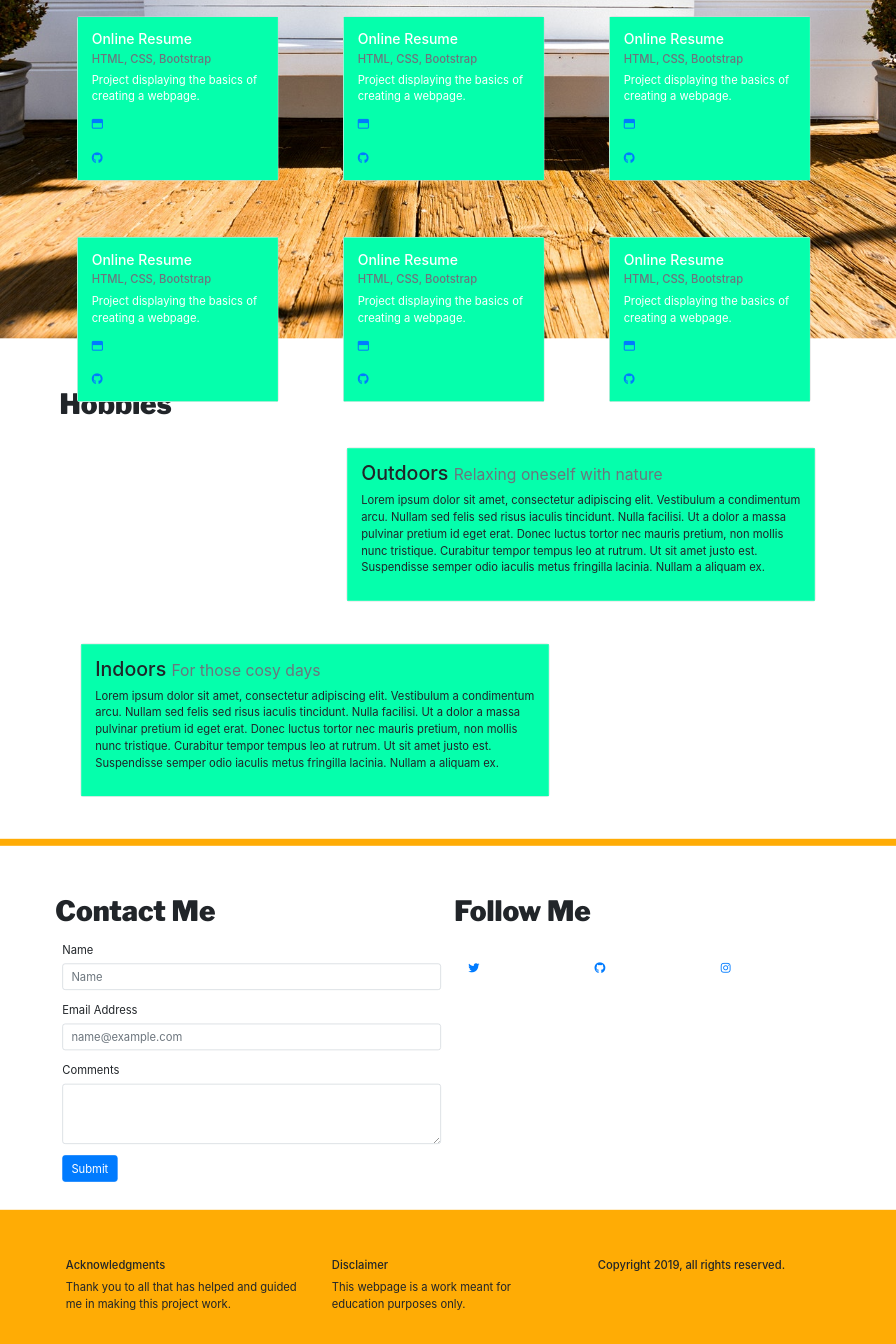
Repository: muhdarifrawi/resume-project
Page: index.html
The author's editor kept a record of every edit. The page is drawn from the files as they stood at one moment, then again after the next edit.
The browser window is 1280 px wide. The pictures show the part of the page from y = 4496 to 6416 px (the page is 6416 px tall before and 6386 px after), at 70% of full size.
Some web libraries are served in a nearby version.

Above is the page before.

### index.html
<!doctype html>
<html lang="en">

<head>
    <!-- Required meta tags -->
    <meta charset="utf-8">
    <meta name="viewport" content="width=device-width, initial-scale=1, shrink-to-fit=no">
    <!-- Font Awesome script -->
    <script src="https://kit.fontawesome.com/00e1568e72.js"></script>
    <!-- GOOGLE font -->
    <link href="https://fonts.googleapis.com/css?family=Libre+Franklin:900&display=swap" rel="stylesheet">
    <!-- AOS script -->
    <link href="https://unpkg.com/aos@2.3.1/dist/aos.css" rel="stylesheet">

    <!-- Bootstrap CSS -->
    <link rel="stylesheet" href="https://stackpath.bootstrapcdn.com/bootstrap/4.3.1/css/bootstrap.min.css" integrity="sha384-ggOyR0iXCbMQv3Xipma34MD+dH/1fQ784/j6cY/iJTQUOhcWr7x9JvoRxT2MZw1T" crossorigin="anonymous">
    <link rel="stylesheet" href="style.css" type="text/css" />
    <title>Online Resume</title>
</head>

  <!-- scroll spy added to body section -->
<body data-spy="scroll" data-target="#navscroll" data-offset="100">
    <!-- Navbar starts here -->
    <nav id="navscroll" class="navbar fixed-top navbar-expand-lg navbar-light bg-light">
        <a class="navbar-brand" href="#">My Resume</a>
        <button class="navbar-toggler" type="button" data-toggle="collapse" data-target="#navbarSupportedContent" aria-controls="navbarSupportedContent" aria-expanded="false" aria-label="Toggle navigation">
    <span class="navbar-toggler-icon"></span>
  </button>

        <div class="collapse navbar-collapse" id="navbarSupportedContent">
            <ul class="navbar-nav mr-auto">
                <li class="nav-item">
                    <a class="nav-link" href="#home">Home <span class="sr-only">(current)</span></a>
                </li>
                <li class="nav-item">
                    <a class="nav-link" href="#skills">Skills</a>
                </li>

                <li class="nav-item">
                    <a class="nav-link" href="#projects">Projects</a>
                </li>

                <li class="nav-item">
                    <a class="nav-link" href="#hobbies">Hobbies</a>
                </li>

                <li class="nav-item">
                    <a class="nav-link" href="#contact">Contact Me</a>
                </li>

            </ul>

        </div>
    </nav>
    <!-- navbar ends here -->

    <!--Jumbotron -->
    <div class="jumbotron jumbotron-fluid" id="home">
        <div class="container">
            <h1 class="display-4">Muhammad Arif Bin Rawi</h1>
            <p class="lead">Aspiring Junior Game Developer. </p>
        </div>
    </div>

    <div class="orange strip"></div>

<div class="container" id="skills">

<h1>Skills</h1>
    <!-- created div to slot in AOS -->
   <div data-aos="fade-right" data-aos-offset="300" data-aos-easing="ease-in-sine">
        <!-- photoshop row -->
        <div class="row pt-md-5">
            <div class="col-lg-3 col-sm-6">
                <div class="ware">
                    <img src="image/icon/PS.png" alt="photoshop" class="rounded">
                    <div class="house">
                        <div class="text">
                            <h5>Photoshop</h5>
                        </div>
                        <div class="text2">
                            <h6>Good</h6>
                        </div>
                    </div>
                </div>
            </div>
            <div class="col-lg-9 col-sm-6">
                <div class="bar-mid"></div>
            </div>
        </div>

        <!-- ms office row -->
        <div class="row">
            <div class="col-lg-3 col-sm-6">
                <div class="ware">
                    <img src="image/icon/MSO.png" alt="MS Office" class="rounded">
                    <div class="house">
                        <div class="text">
                            <h5>MS Office</h5>
                        </div>
                        <div class="text2">
                            <h6>Advance</h6>
                        </div>
                    </div>
                </div>
            </div>
            <div class="col-lg-9 col-sm-6">
                <div class="bar-full"></div>
            </div>
        </div>

        <!-- CSS row -->
        <div class="row">
            <div class="col-lg-3 col-sm-6">
                <div class="ware">
                    <img src="image/icon/CSS.png" alt="CSS" class="rounded">
                    <div class="house">
                        <div class="text">
                            <h5>CSS</h5>
                        </div>
                        <div class="text2">
                            <h6>Good</h6>
                        </div>
                    </div>
                </div>
            </div>
            <div class="col-lg-9 col-sm-6">
                <div class="bar-mid"></div>
            </div>
        </div>

        <!-- HTML row -->
        <div class="row">
            <div class="col-lg-3 col-sm-6">
                <div class="ware">
                    <img src="image/icon/HTML.png" alt="HTML" class="rounded">
                    <div class="house">
                        <div class="text">
                            <h5>HTML</h5>
                        </div>
                        <div class="text2">
                            <h6>Good</h6>
                        </div>
                    </div>
                </div>
            </div>
            <div class="col-lg-9 col-sm-6">
                <div class="bar-mid"></div>
            </div>
        </div>

        <!-- Java row -->
        <div class="row">
            <div class="col-lg-3 col-sm-6">
                <div class="ware">
                    <img src="image/icon/JS.png" alt="Java" class="rounded">
                    <div class="house">
                        <div class="text">
                            <h5>Java</h5>
                        </div>
                        <div class="text2">
                            <h6>Basic</h6>
                        </div>
                    </div>
                </div>
            </div>
            <div class="col-lg-9 col-sm-6">
                <div class="bar-min"></div>
            </div>
        </div>

        <!-- Python row -->
        <div class="row">
            <div class="col-lg-3 col-sm-6">
                <div class="ware">
                    <img src="image/icon/PY.png" alt="Python" class="rounded">
                    <div class="house">
                        <div class="text">
                            <h5>Python</h5>
                        </div>
                        <div class="text2">
                            <h6>Basic</h6>
                        </div>
                    </div>
                </div>
            </div>
            <div class="col-lg-9 col-sm-6">
                <div class="bar-min"></div>
            </div>
        </div>
    </div>
</div>

    <!-- <div class="orange strip"></div> -->

<!--usage of jumbotron to overcome "no-stretch" problem -->
<div class="jumbotron jumbotron-fluid "  id="projects">
<div class="container">
        <h1>Projects</h1>
        <div class="row">
            <div class="col">
                <div class="card note" style="width: 18rem;">
                    <div class="card-body">
                        <h5 class="card-title">Online Resume</h5>
                        <h6 class="card-subtitle mb-2 text-muted">HTML, CSS, Bootstrap</h6>
                        <p class="card-text">Project displaying the basics of creating a webpage.</p>

                        <a href="https://muhdarifrawi.github.io/resume-project/" target="_blank" class="card-link">
                            <div class="rounded-box"><i class="far fa-window-maximize"></i></div></a>

                        <a href="https://github.com/muhdarifrawi/resume-project" target="_blank" class="card-link">
                            <div class="rounded-box"><i class="fab fa-github"></i></div></a>
                    </div>
                </div>
            </div>

            <div class="col">
                <div class="card note2" style="width: 18rem;">
                    <div class="card-body">
                        <h5 class="card-title">Online Resume</h5>
                        <h6 class="card-subtitle mb-2 text-muted">HTML, CSS, Bootstrap</h6>
                        <p class="card-text">Project displaying the basics of creating a webpage.</p>

                        <a href="https://muhdarifrawi.github.io/resume-project/" target="_blank" class="card-link">
                            <div class="rounded-box"><i class="far fa-window-maximize"></i></div></a>

                        <a href="https://github.com/muhdarifrawi/resume-project" target="_blank" class="card-link">
                            <div class="rounded-box"><i class="fab fa-github"></i></div></a>
                    </div>
                </div>
            </div>

            <div class="col">
                <div class="card note3" style="width: 18rem;">
                    <div class="card-body">
                        <h5 class="card-title">Online Resume</h5>
                        <h6 class="card-subtitle mb-2 text-muted">HTML, CSS, Bootstrap</h6>
                        <p class="card-text">Project displaying the basics of creating a webpage.</p>

                        <a href="https://muhdarifrawi.github.io/resume-project/" target="_blank" class="card-link">
                            <div class="rounded-box"><i class="far fa-window-maximize"></i></div></a>

                        <a href="https://github.com/muhdarifrawi/resume-project" target="_blank" class="card-link">
                            <div class="rounded-box"><i class="fab fa-github"></i></div></a>
                    </div>
                </div>
            </div>

        </div>

        <div class="row">
        <div class="col">
            <div class="card note3" style="width: 18rem;">
                <div class="card-body">
                    <h5 class="card-title">Online Resume</h5>
                    <h6 class="card-subtitle mb-2 text-muted">HTML, CSS, Bootstrap</h6>
                    <p class="card-text">Project displaying the basics of creating a webpage.</p>

                    <a href="https://muhdarifrawi.github.io/resume-project/" target="_blank" class="card-link">
                        <div class="rounded-box"><i class="far fa-window-maximize"></i></div></a>

                    <a href="https://github.com/muhdarifrawi/resume-project" target="_blank" class="card-link">
                        <div class="rounded-box"><i class="fab fa-github"></i></div></a>
                </div>
            </div>
        </div>

        <div class="col">
            <div class="card note" style="width: 18rem;">
                <div class="card-body">
                    <h5 class="card-title">Online Resume</h5>
                    <h6 class="card-subtitle mb-2 text-muted">HTML, CSS, Bootstrap</h6>
                    <p class="card-text">Project displaying the basics of creating a webpage.</p>

                    <a href="https://muhdarifrawi.github.io/resume-project/" target="_blank" class="card-link">
                        <div class="rounded-box"><i class="far fa-window-maximize"></i></div></a>

                    <a href="https://github.com/muhdarifrawi/resume-project" target="_blank" class="card-link">
                        <div class="rounded-box"><i class="fab fa-github"></i></div></a>
                </div>
            </div>
        </div>

        <div class="col">
            <div class="card note2" style="width: 18rem;">
                <div class="card-body">
                    <h5 class="card-title">Online Resume</h5>
                    <h6 class="card-subtitle mb-2 text-muted">HTML, CSS, Bootstrap</h6>
                    <p class="card-text">Project displaying the basics of creating a webpage.</p>

                    <a href="https://muhdarifrawi.github.io/resume-project/" target="_blank" class="card-link">
                        <div class="rounded-box"><i class="far fa-window-maximize"></i></div></a>

                    <a href="https://github.com/muhdarifrawi/resume-project" target="_blank" class="card-link">
                        <div class="rounded-box"><i class="fab fa-github"></i></div></a>
                </div>
            </div>
        </div>

    </div>

    </div>
</div>
<!-- <div class="orange strip"></div> -->

<div class="container" id="hobbies">
    <h1>Hobbies</h1>
    <div class="row">

        <div class="col-sm-6 col-md-4 ">
            <div class="col"><div class="thumb camping"></div></div>
        </div>
        <div class="col-sm-6 col-md-8">
            <div class="card">
                <div class="card-body">
                    <h3>
                      Outdoors
                      <small class="text-muted">Relaxing oneself with nature</small>
                    </h3>

                    <p>
                        Lorem ipsum dolor sit amet, consectetur adipiscing elit. Vestibulum a condimentum arcu. Nullam sed felis sed risus iaculis tincidunt. Nulla facilisi. Ut a dolor a massa pulvinar pretium id eget erat. Donec luctus tortor nec mauris pretium, non mollis nunc tristique. Curabitur tempor tempus leo at rutrum. Ut sit amet justo est. Suspendisse semper odio iaculis metus fringilla lacinia. Nullam a aliquam ex.
                    </p>
                </div>
            </div>
        </div>

    </div>

       <div class="row">

        <div class="col-sm-6 order-sm-2 col-md-4">
            <div class="col"><div class="thumb indoor"></div></div>

        </div>
        <div class="col-sm-6 order-sm-1 col-md-8">

            <div class="card">
                <div class="card-body">
                    <h3>
                    Indoors
                      <small class="text-muted">For those cosy days</small>
                    </h3>

                    <p>
                        Lorem ipsum dolor sit amet, consectetur adipiscing elit. Vestibulum a condimentum arcu. Nullam sed felis sed risus iaculis tincidunt. Nulla facilisi. Ut a dolor a massa pulvinar pretium id eget erat. Donec luctus tortor nec mauris pretium, non mollis nunc tristique. Curabitur tempor tempus leo at rutrum. Ut sit amet justo est. Suspendisse semper odio iaculis metus fringilla lacinia. Nullam a aliquam ex.
                    </p>
                </div>
            </div>

        </div>

    </div>

</div>

<div class="orange strip"></div>

<div class="container" id="contact">


<div class="row">


<!-- left column -->
<div class="col-sm-6 pl-4">
    <!-- top column -->
    <div class="row">
    <h1>Contact Me</h1>
    </div>

<!-- bottom column -->
<div class="row">
<div class="col">
<form>

    <div class="form-group">
        <label for="name">Name</label>
        <input type="text" class="form-control" id="form1" placeholder="Name" required>
    </div>

    <div class="form-group">
        <label for="email">Email Address</label>
        <input type="email" class="form-control" id="form1" placeholder="name@example.com" required>
    </div>


    <div class="form-group">
        <label for="Textarea">Comments</label>
        <textarea class="form-control" id="form1" rows="3" required></textarea>
    </div>

    <input class="btn btn-primary" type="submit" value="Submit">
</form>

</div>
</div>
</div>
<!-- right column-->
<div class="col-sm-6 pl-4">
    <!-- top column -->
    <div class="row">
    <h1>Follow Me</h1>
    </div>
<!--bottom column -->
<div class="col">
    <div class="row pt-3"></div>
    <div class="row">
        <div class="col"><a href="https://www.twitter.com/ArifRawi" target="_blank"><div class="rounded-box"><i class="fab fa-twitter"></i></div></a></div>
        <div class="col"><a href="https://github.com/muhdarifrawi" target="_blank"><div class="rounded-box"><i class="fab fa-github"></i></div></a></div>
        <div class="col"><a href="https://www.instagram.com/muhdarifrawi/" target="_blank"><div class="rounded-box"><i class="fab fa-instagram"></i></div></a></div>

    </div>
    <div class="row"></div>
</div>
</div>
</div>
</div>

<div class="orange banner">
    <div class="container" id="footer">

        <div class="row">

            <div class="col-sm-4 px-4">
                <h6>Acknowledgments</h6>
                    <p>Thank you to all that has helped and guided me in making this project work.</p>



            </div>

            <div class="col-sm-4 px-4">
                <h6>Disclaimer</h6>
                <p>This webpage is a work meant for education purposes only. </p>
            </div>

            <div class="col-sm-4 px-4">
                <h6>Copyright 2019, all rights reserved.</h6>
            </div>
        </div>

    </div>
</div>
    <!-- Optional JavaScript -->
    <!-- jQuery first, then Popper.js, then Bootstrap JS -->
    <script src="https://code.jquery.com/jquery-3.3.1.slim.min.js" integrity="sha384-q8i/X+965DzO0rT7abK41JStQIAqVgRVzpbzo5smXKp4YfRvH+8abtTE1Pi6jizo" crossorigin="anonymous"></script>
    <script src="https://cdnjs.cloudflare.com/ajax/libs/popper.js/1.14.7/umd/popper.min.js" integrity="sha384-UO2eT0CpHqdSJQ6hJty5KVphtPhzWj9WO1clHTMGa3JDZwrnQq4sF86dIHNDz0W1" crossorigin="anonymous"></script>
    <script src="https://stackpath.bootstrapcdn.com/bootstrap/4.3.1/js/bootstrap.min.js" integrity="sha384-JjSmVgyd0p3pXB1rRibZUAYoIIy6OrQ6VrjIEaFf/nJGzIxFDsf4x0xIM+B07jRM" crossorigin="anonymous"></script>
    <!--AOS script -->
    <script src="https://unpkg.com/aos@2.3.1/dist/aos.js"></script>

    <script>
        AOS.init();
    </script>
</body>

</html>

### style.css
html{
    width:100%;
    height:100%;

}

body{
    padding-top:30px;
    width:100%;
    height:100%;

}

.jumbotron{
    margin-bottom:0px;
}

.box{
    height:50px;
    width:50px;
}

.red{
    background-color:red;
}

.blue{
    background-color:blue;
}

.orange{
    background-color:rgba(255, 172, 5, 1);
}

.strip{
    width:100%;
    height:10px;
}

.container{
    padding-top:70px;
    padding-bottom:30px;
}

.shelf{
    height:100%;
    width:100%;
}

.col{
    padding:10px;
}

.card{
    margin:30px;
}


.jumbotron {
  background-image: url("image/bench.jpg");
  background-size: cover;
  /*this allows the image to stretch height to its max. needs html and body to be height:100% as well*/
  height:100%;

  color:white;
}

h1 {
font-family: 'Libre Franklin', sans-serif;
}

.card-body{
    background-color:rgb(5, 255, 172);
}

After the next edit:
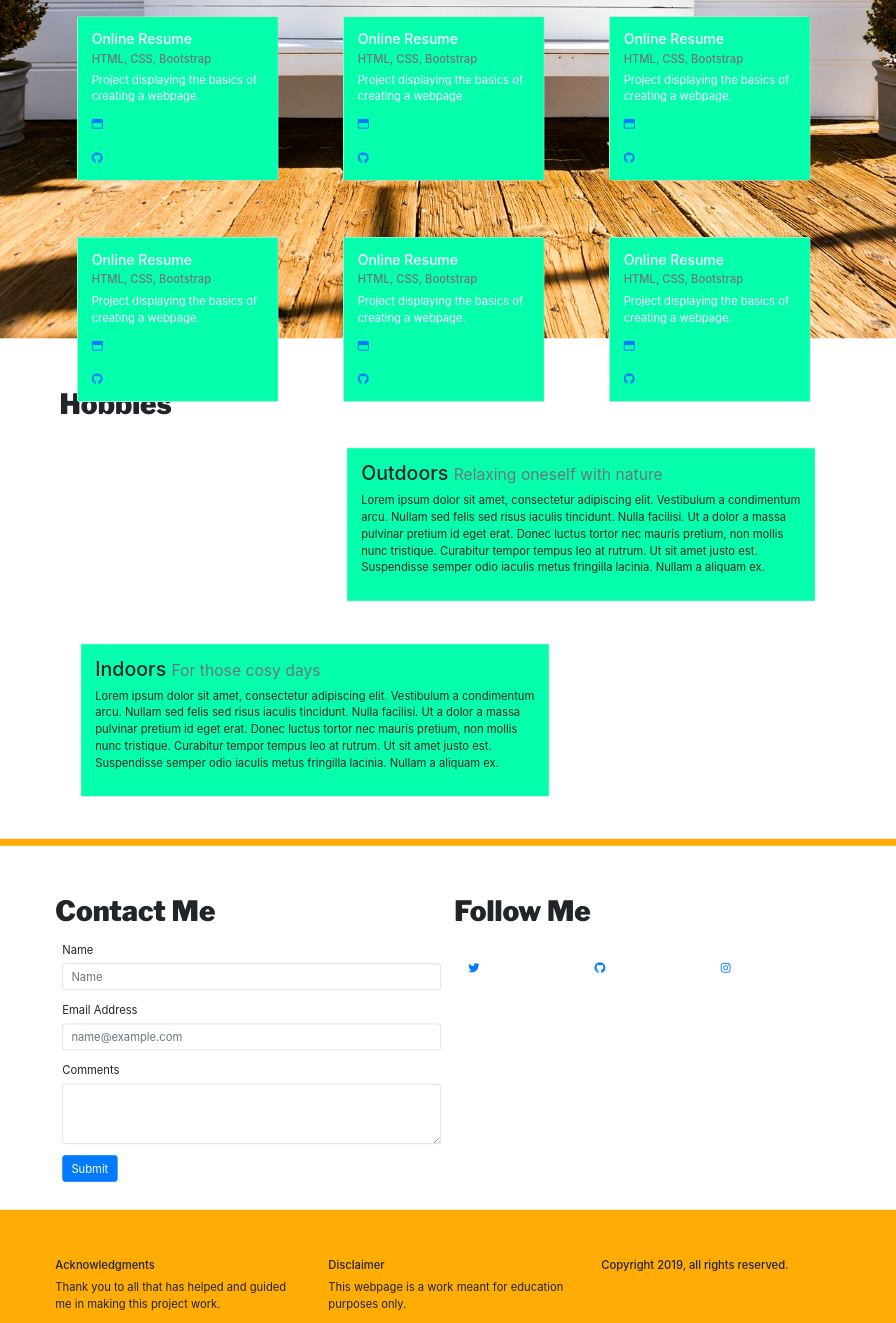
The edit:
--- a/style.css
+++ b/style.css
@@ -72,3 +72,10 @@
 .card-body{
     background-color:rgb(5, 255, 172);
 }
+
+#footer{
+    padding-bottom:0px;
+    padding-left:0px;
+    padding-right:0px;
+    width:100%;
+}
